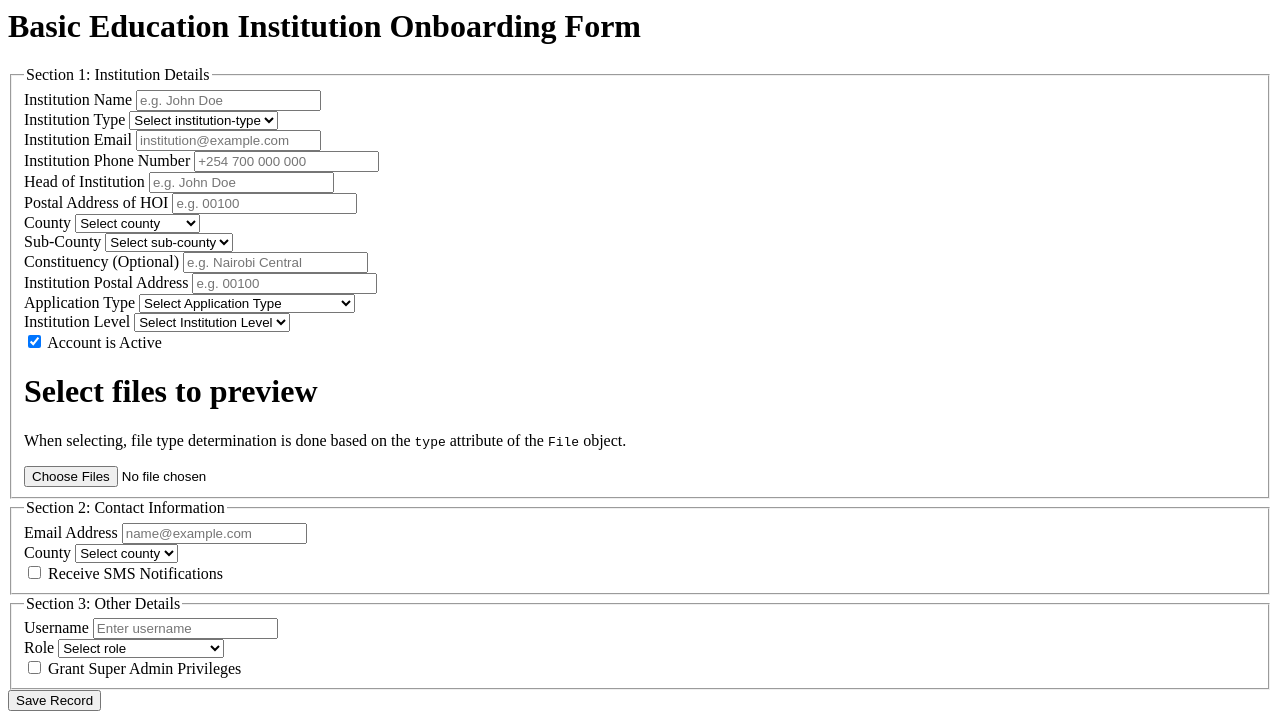
Repository: ndirituart/KEMIS
Page: angular-client/src/app/pages/basic-education/basic-education.html
The author's editor kept a copy of each file at every save. The page is drawn from the files as they stood at one save, then again after a run of saves.
The browser window is 1280 px wide. The pictures show the whole page.

Above is the page before, as saved 2026-10-20 21:37:52.

After the next 2 saves:
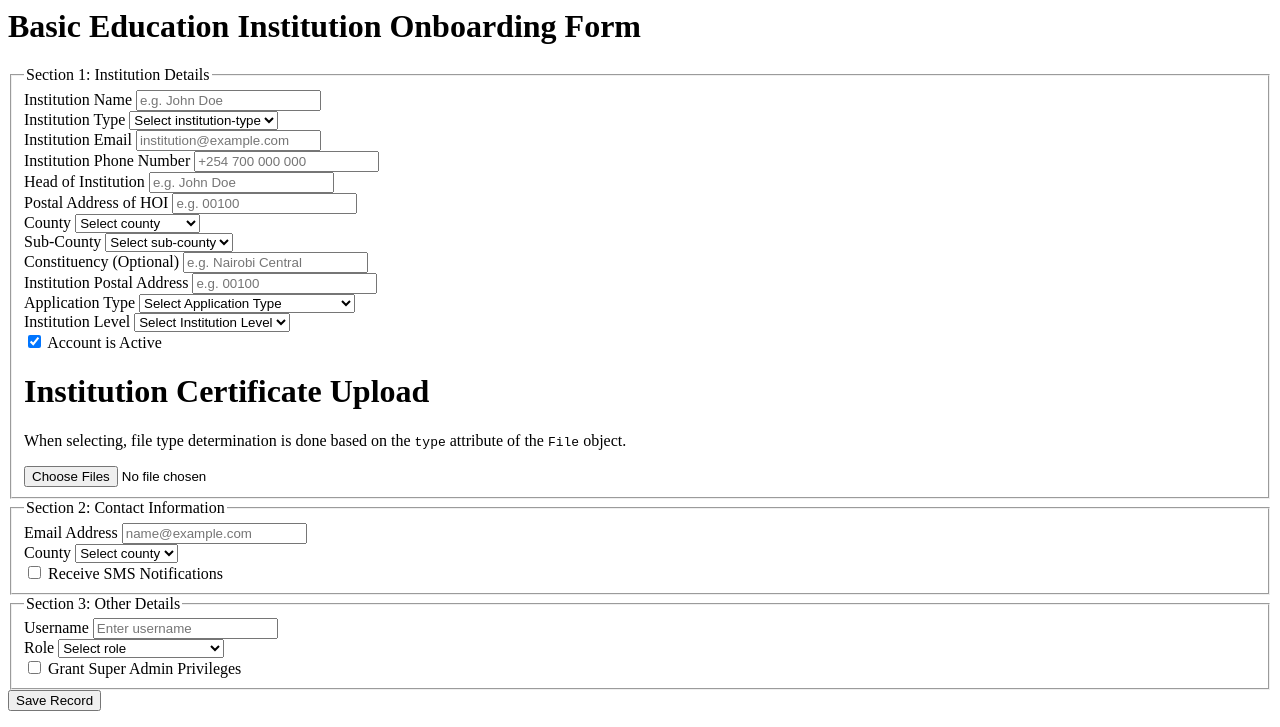
The 2 saves are shown as one change because they came seconds apart.
The last was saved 13 s later.
--- a/angular-client/src/app/pages/basic-education/basic-education.html
+++ b/angular-client/src/app/pages/basic-education/basic-education.html
@@ -157,7 +157,7 @@
 
       <!--Certificate Upload-->
       <div class="upload">
-    <h1>Select files to preview</h1>
+    <h1>Institution Certificate Upload</h1>
     <p class="upload__description">When selecting, file type determination is done based on the <code>type</code> attribute of the <code>File</code> object.</p>
     <input class="upload__input" id="certificate_pdf" type="file" multiple />
     <div class="upload__files">
